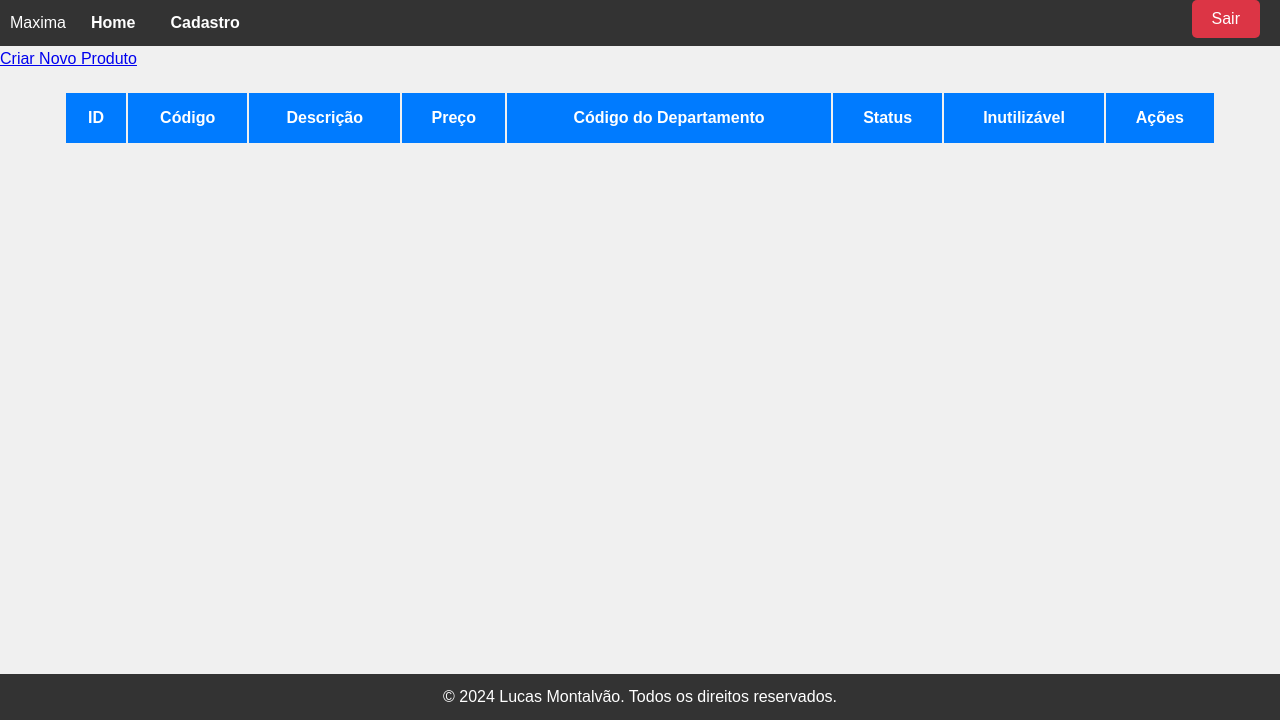
Repository: LucasMontalvao1/ProjetoMaxima
Page: /produto (app in AngularMaxima/)
These files come from the project's save history. The page is drawn as it stood at one moment and after the next save; the edit follows.
The browser window is 1280 px wide. The pictures show the whole page.
The page's requests for data from a server got no answer. The project was rebuilt for these pictures with package versions that can differ from the ones it lists, and the page was loaded fresh each time. No one was signed in, and anything a server would have sent is missing. Also part of the build but not shown: AngularMaxima/angular.json, AngularMaxima/src/app/pages/login/login.component.ts, AngularMaxima/src/app/pages/home/home.component.ts.

Above is the page before, as saved 2024-07-14 19:58:40.

After the next save:
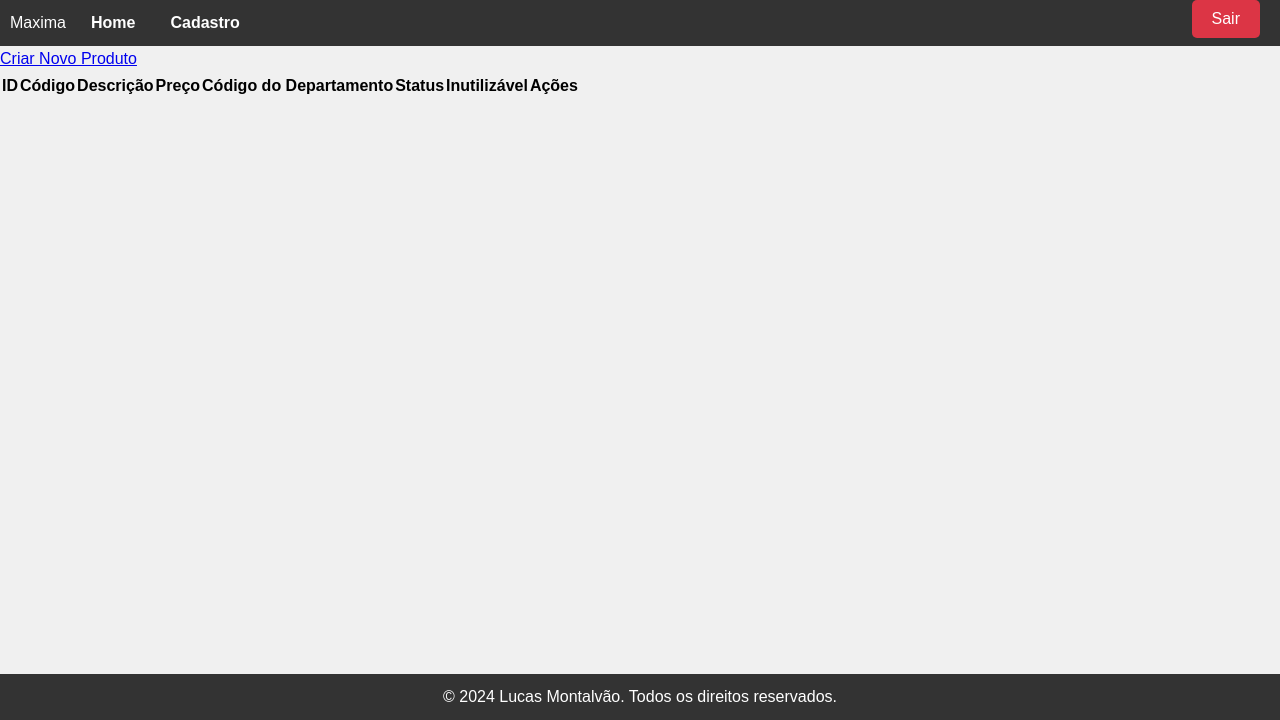
Saved 10 min 34 s later.
--- a/AngularMaxima/src/app/pages/produto/produto.component.html
+++ b/AngularMaxima/src/app/pages/produto/produto.component.html
@@ -3,7 +3,7 @@
     <a routerLink="/produtos/create" class="btn btn-primary">Criar Novo Produto</a>
 </p>
 
-<table class="table table-striped table-hover">
+<table class="custom-table table-striped table-hover">
     <thead>
         <tr>
             <th>ID</th>
